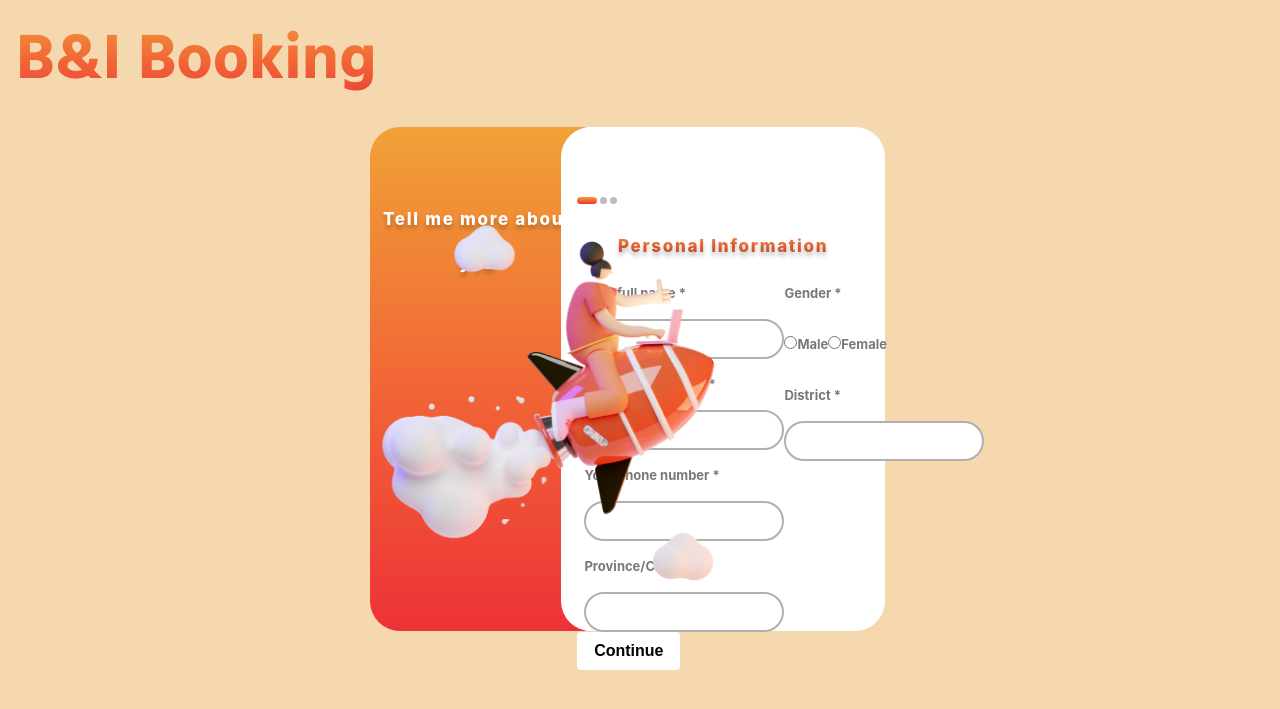
Repository: Grand-Line-PNV/FE-BIBooking
Page: /
The author's editor kept a copy of each file at every save. The page is drawn from the files as they stood at one save, then again after the next save.
The browser window is 1280 px wide. The pictures show the whole page.
The project was rebuilt for these pictures with package versions that can differ from the ones it lists, and the page was loaded fresh each time. Also part of the build but not shown: src/App.css.

Above is the page before, as saved 2023-02-06 11:04:13.

### public/index.html
<!DOCTYPE html>
<html lang="en">

<head>
  <meta charset="utf-8" />
  <link rel="icon" href="%PUBLIC_URL%/logoBIBooking.png" />
  <meta name="viewport" content="width=device-width, initial-scale=1" />
  <meta name="theme-color" content="#000000" />
  <meta name="description" content="Web site created using create-react-app" />
  <link rel="apple-touch-icon" href="%PUBLIC_URL%/logoBIBooking.png" />
  <!--
      manifest.json provides metadata used when your web app is installed on a
      user's mobile device or desktop. See https://developers.google.com/web/fundamentals/web-app-manifest/
    -->
  <link rel="manifest" href="%PUBLIC_URL%/manifest.json" />
  <!--
      Notice the use of %PUBLIC_URL% in the tags above.
      It will be replaced with the URL of the `public` folder during the build.
      Only files inside the `public` folder can be referenced from the HTML.

      Unlike "/favicon.ico" or "favicon.ico", "%PUBLIC_URL%/favicon.ico" will
      work correctly both with client-side routing and a non-root public URL.
      Learn how to configure a non-root public URL by running `npm run build`.
    -->
  <title>B&IBooking</title>
</head>

<body>
  <noscript>You need to enable JavaScript to run this app.</noscript>
  <div id="root"></div>
  <!--
      This HTML file is a template.
      If you open it directly in the browser, you will see an empty page.

      You can add webfonts, meta tags, or analytics to this file.
      The build step will place the bundled scripts into the <body> tag.

      To begin the development, run `npm start` or `yarn start`.
      To create a production bundle, use `npm run build` or `yarn build`.
    -->
</body>

</html>

### src/App.js
import "./App.css";
import { Provider } from "react-redux";
import store from "./redux";
import { faChevronLeft } from "@fortawesome/free-solid-svg-icons";
import { FontAwesomeIcon } from "@fortawesome/react-fontawesome";
import classNames from "classnames/bind";
import Button from "./components/Button/Button";
import PersonalInformation from "../src/view/pages/Influencers/PersonalInformation/index";

const cx = classNames.bind();

function App() {
  return (
    <Provider store={store}>
      <PersonalInformation />
    </Provider>
  );
}

export default App;

### src/styles/GlobalStyles.js
import "./GlobalStyles.scss";

function GlobalStyles({ children }) {
  return children;
}
export default GlobalStyles;

### src/redux/index.js
import { configureStore } from "@reduxjs/toolkit";

const store = configureStore({
	reducer: {
	},
});

export default store;

### src/components/Button/Button.js
import classNames from "classnames/bind"
import { Link } from "react-router-dom";
import styles from './Button.module.scss'

const cx = classNames.bind(styles)

function Button({
    children,
    small=false,
    large=false,
    primary = false,
    outline = false,
    rounded= false,
    text = false,
    disabled = false,
    to, href,className,leftIcon,rightIcon, onClick, ...passProps}) {
    let Comp = 'button';
    const props = {
        onClick,
        ...passProps
    }
    //Remove event listener when btn is disabled

    if(disabled) {
        Object.keys(props).forEach(key =>{
            if(key.startsWith('on') && typeof props[key] === 'function'){
                delete props[key];
            }
        })
    }
    if(to){
        props.to = to
        Comp = Link
    }else if(href){
        props.href = href
        Comp = 'a'
    }
    const classes = cx('wrapper',{
        [className]:className,
        primary,
        outline,
        rounded,
        small,
        large,
        text,
        disabled
    })
    return (
        <Comp className={classes} {...props}>
            {leftIcon && <span className={cx('icon')}>{leftIcon}</span>}
            <span className={cx('title')}>{children}</span>
            {rightIcon && <span className={cx('icon')}>{rightIcon}</span>}

        </Comp>
    )
}

export default Button;

### src/view/pages/Influencers/PersonalInformation/index.js
import React from "react";
import classNames from "classnames/bind";
import styles from "./PersonalInformation.module.scss";
import { Logo, Saly1 } from "../../../../assets/images";
import Button from "../../../../components/Button/Button";

const cx = classNames.bind(styles);

export default function PersonalInformation() {
  return (
    <>
      <div>
        <div className={cx("personalInfor")}>
          <img
            style={{ objectFit: "cover", padding: "30px 20px" }}
            src={Logo}
            alt="LogoB&IBooking"
          />
          <div className={cx("container")}>
            <div className={cx("personalInfor-container")}>
              <div className={cx("block-left")}>
                <p className={cx("personalInfor-title")}>
                  Tell me more about you
                </p>
                <img className={cx("saly1-img")} src={Saly1} alt="Saly1" />
              </div>
              <div className={cx("block-right")}>
                <div className={cx("block-container")}>
                  <div className={cx("dots")}>
                    <span className={cx("dot", "active")}></span>
                    <span className={cx("dot")}></span>
                    <span className={cx("dot")}></span>
                  </div>
                  <div className={cx("information")}>
                    <p className={cx("information-title")}>
                      Personal Information
                    </p>
                    <form className={cx("form")}>
                      <div className={cx("form-control-left")}>
                        <div className={cx("form-group")}>
                          <label className={cx("form-label")}>Your full name *</label>
                          <input className={cx("form-input")} type="email" required />
                        </div>
                        <div className={cx("form-group")}>
                          <label className={cx("form-label")}>Your address email *</label>
                          <input className={cx("form-input")} type="email" required />
                        </div>
                        <div className={cx("form-group")}>
                          <label className={cx("form-label")}>Your phone number *</label>
                          <input className={cx("form-input")} type="email" required />
                        </div>
                        <div className={cx("form-group")}>
                          <label className={cx("form-label")}>Province/City *</label>
                          <input className={cx("form-input")} type="email" required />
                        </div>
                      </div>
                      <div className={cx("form-control-right")}>
                        <div className={cx("form-group")}>
                          <label className={cx("form-label")}>Gender *</label>
                          <div className={cx("input-radio")}>
                            <input type="radio" required />
                            <label>Male</label>
                            <input type="radio" required />
                            <label>Female</label>
                          </div>
                        </div>
                        <div className={cx("form-group")}>
                          <label className={cx("form-label")}>District *</label>
                          <input className={cx("form-input")} type="email" required />
                        </div>
                      </div>
                    </form>
                    <Button>Continue</Button>
                  </div>
                </div>
              </div>
            </div>
          </div>
        </div>
      </div>
    </>
  );
}

### src/styles/GlobalStyles.scss
:root{
    --white:  rgba(255, 255, 255, 1.0);
    --primary: #fe2c55;
    --black: #000;
    --text-color: #333;
}
*{
    margin: 0;
    padding: 0;
    box-sizing: border-box;
}
html{
    font-size:62.5%;
}
body{
    text-rendering: optimizeSpeed;
    font-family: 'ProximaNova', sans-serif;
    font-size: 1.6rem;
    line-height: 1.5;
    color: var(--text-color)
}
button, input,[tabindex]{
    outline: none;
    border: none;
}
a[href]{
    color: var(--text-color);
    text-decoration: none
}

### src/components/Button/Button.module.scss
.wrapper{
    display: inline-flex;
    align-items: center;
    justify-content: center;
    font-size: 1.6rem;
    font-weight:700;
    font-family: 'ProximaNova', sans-serif;
    min-width: 100px;
    padding: 9px 16px;
    border-radius: 4px;
    cursor: pointer;
    background-color: var(--white);
    border: 1px solid transparent;
    user-select: none;

    + .wrapper{
        margin-left:8px;
    }
    &.disabled{
        pointer-events: none;
        opacity: 0.6;
    }
}
//Button types
.rounded{
    border-radius:999px;
    border-width: 1px;
    border-style: solid;
    box-shadow: 0 2px 8px rgb(0 0 0 / 6%);
    border-color: rgba(22, 24, 35, 0.12);

    &:hover{
        border-color: rgba(22, 24, 35, 0.2);
        background-color: rgba(22, 24, 35, 0.03);
    }
}

.primary{
    color: var(--white);
    background-color: var(--primary);
    border-color: var(--primary);
    &:hover{
        border-color: var(--primary);
        background: linear-gradient(0deg, rgba(0, 0, 0, 0.06), rgba(0, 0, 0, 0.06)),#FE2C55;
    }
}
.outline{
    color: var(--primary);
    border-color: currentColor;
    &:hover{
        border-color: currentColor;
        background-color: rgba(254, 44, 85, 0.06);
    }
}
.text{
    &:hover{
        text-decoration: underline;
    }
}
//Disabled

// Button sizes
.small{
    min-width: 88px;
    padding: 4px 16px;
}
.large{
    padding: 14px 16px;
    min-width: 140px;
}
.icon + .title, .title + .icon{
    margin-left: 8px;
}
.icon{
    display: inline-block;
    width: 24px;
    text-align: center;
}

### src/view/pages/Influencers/PersonalInformation/PersonalInformation.module.scss
:root {
  // color
  --Wheat-color: #f5d8ae;
  --SonicSilver-color: #7b7777;
  --Linear-orange-color: linear-gradient(
    180deg,
    #f0a237 0%,
    #f16736 50.31%,
    #ed3237 100%
  );
  --Inter-font-family: "Inter", sans-serif;
}
.personalInfor {
  width: 100%;
  height: 100vh;
  background-color: var(--Wheat-color);
  font-family: var(--Inter-font-family);
  & .container {
    width: 65%;
    // height: 50vh;
    // background-color: white;
    margin: 0 auto;
    border-radius: 20px;
    & .personalInfor-container {
        width: 65%;
        margin: 0 auto;
      height: 70vh;
      display: flex;
      position: relative;
      & .block-left {
        width: 40%;
        background: var(--Linear-orange-color);
        text-align: center;
        border-top-left-radius: 30px;
        border-bottom-left-radius: 30px;
        & .personalInfor-title {
          padding-top: 70px;
          font-style: normal;
          font-weight: 800;
          font-size: 17px;
          line-height: 44px;
          letter-spacing: 0.1em;
          color: #ffffff;
          text-shadow: 0px 4px 4px rgba(0, 0, 0, 0.25);
        }
        & .saly1-img {
          width: 42rem;
          object-fit: cover;
          position: absolute;
          z-index: 1;
          bottom: 0;
          left: 0;
          transform: translateX(-75px);
        }
      }
      & .block-right {
        width: 60%;
        background-color: white;
        border-radius: 30px;
        transform: translateX(-25px);
        & .block-container {
          width: 90%;
          height: 65vh;
          margin: 0 auto;
          margin-top: 70px;
          position: relative;
          & .dots {
            display: flex;
            gap: 3px;
            & .dot {
              height: 7px;
              width: 7px;
              background-color: #bbb;
              border-radius: 100rem;
            }
            & .active {
              background: var(--Linear-orange-color);
              width: 20px;
            }
          }
          & .information {
            // position: relative;
            // z-index: 100;
            & .information-title {
              margin-top: 20px;
              background: linear-gradient(
                180deg,
                #f0a237 0%,
                #f16736 50.83%,
                #ed3237 100%
              );
              background-clip: text;
              color: transparent;
              font-style: normal;
              font-weight: 800;
              font-size: 17px;
              line-height: 44px;
              letter-spacing: 0.1em;
              text-shadow: 0px 4px 4px rgba(0, 0, 0, 0.25);
              text-align: center;
            }
            & .form {
              display: flex;
              //   background-color: red;
              width: 95%;
              margin: 0 auto;
              justify-content: space-between;
              & .form-control-left {
              }
              & .form-group {
                display: flex;
                flex-direction: column;
                font-size: 13px;
                color: var(--SonicSilver-color);
                font-style: normal;
                font-weight: 700;
                line-height: 51px;

                & .form-label {
                }
                & .form-input {
                  background: #ffffff;
                  border: 2px solid #b4aeae;
                  border-radius: 99px;
                  width: 200px;
                  height: 40px;
                //   text-align: center;
                }
              }
            }
          }
        }
      }
    }
  }
}

### src/assets/images/index.js
import Logo from "./LogoB&IBooking.png";
import Saly1 from "./Saly1.png";

export { Logo, Saly1 };

Loaded but not shown: src/index.js (common file); src/index.css (common file); src/reportWebVitals.js (common file)

After the next save:
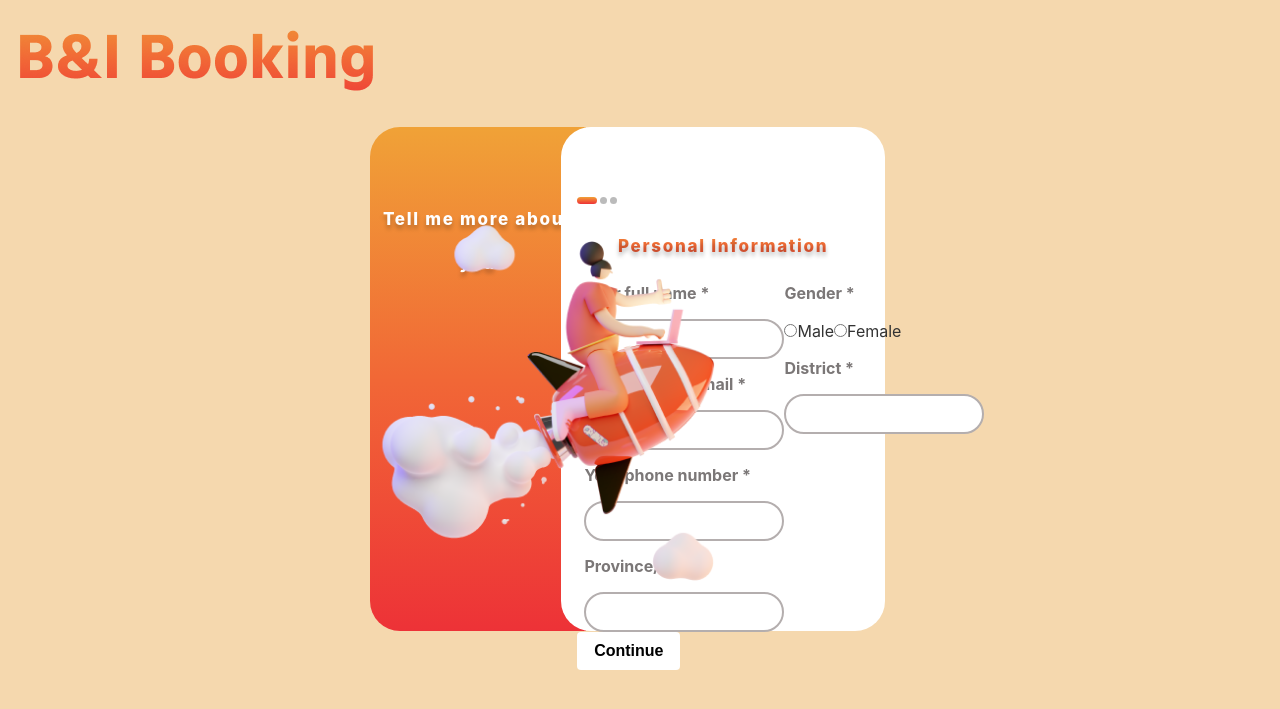
Saved 12 s later.
--- a/src/view/pages/Influencers/PersonalInformation/PersonalInformation.module.scss
+++ b/src/view/pages/Influencers/PersonalInformation/PersonalInformation.module.scss
@@ -110,13 +110,11 @@
               & .form-group {
                 display: flex;
                 flex-direction: column;
-                font-size: 13px;
-                color: var(--SonicSilver-color);
-                font-style: normal;
-                font-weight: 700;
-                line-height: 51px;
-
                 & .form-label {
+                  color: var(--SonicSilver-color);
+                  font-style: normal;
+                  font-weight: 700;
+                  line-height: 51px;
                 }
                 & .form-input {
                   background: #ffffff;
@@ -125,6 +123,7 @@
                   width: 200px;
                   height: 40px;
                 //   text-align: center;
+                  padding: 13px;
                 }
               }
             }
